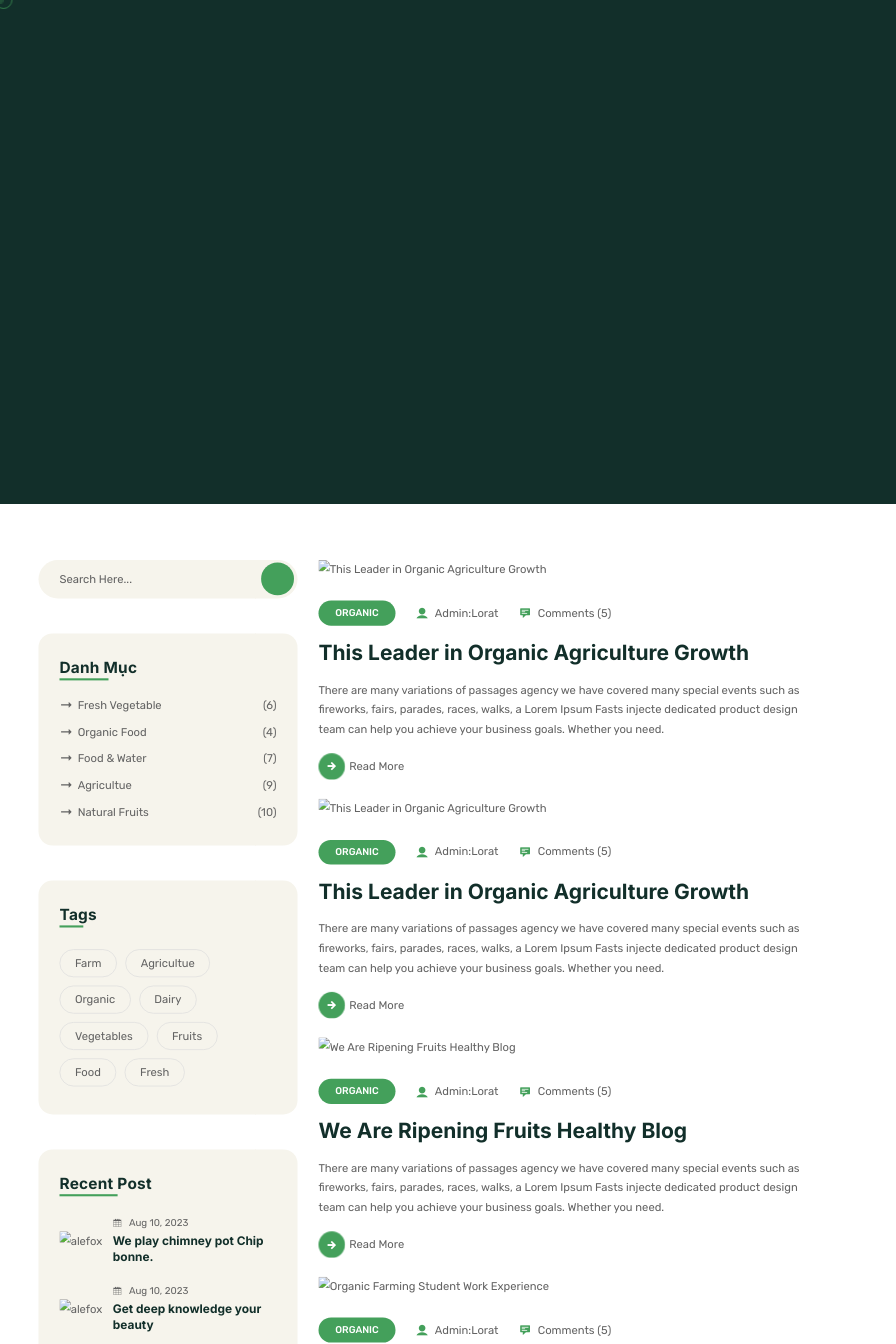
Repository: ThangkhuatIT/Nongsan
Page: http://localhost/
These files come from the project's save history. The page is drawn as it stood at one moment and after the next save; the edit follows.
The browser window is 1280 px wide. The pictures show the part of the page from y = 0 to 1920 px (the page is 2902 px tall before and 1879 px after), at 70% of full size.
The page is served by the project's Laravel application, run on PHP 8.4 with Laravel 9. Other server files are loaded and not shown.

Above is the page before, as saved 2024-08-26 19:39:09.

### routes/web.php
<?php

use Illuminate\Support\Facades\Route;
// use models
use App\Http\Controllers\UserController;
/*
|--------------------------------------------------------------------------
| Web Routes
|--------------------------------------------------------------------------
|
| Here is where you can register web routes for your application. These
| routes are loaded by the RouteServiceProvider within a group which
| contains the "web" middleware group. Now create something great!
|
*/

Route::get('/', function () {
    return view('blog');
})->name('news.index');

Route::get('/login', [UserController::class, 'index'])->name('login.index');
Route::post('/login', [UserController::class, 'login'])->name('login.post');

### resources/views/layouts/header.blade.php
<!DOCTYPE html>
<html lang="en">


<!-- Mirrored from bracketweb.com/alefox-html/blog-list-left.html by HTTrack Website Copier/3.x [XR&CO'2014], Fri, 02 Aug 2024 14:32:38 GMT -->
<head>
    <meta charset="UTF-8" />
    <meta name="viewport" content="width=device-width, initial-scale=1.0" />
    <title>@lang('StrDictionary.titlenews')</title>
    <!-- favicons Icons -->
    <link rel="apple-touch-icon" sizes="180x180" href="assets/images/favicons/apple-touch-icon.png" />
    <link rel="icon" type="image/png" sizes="32x32" href="assets/images/favicons/favicon-32x32.png" />
    <link rel="icon" type="image/png" sizes="16x16" href="assets/images/favicons/favicon-16x16.png" />
    <link rel="manifest" href="assets/images/favicons/site.webmanifest" />
    <meta name="description" content="Alefox is a modern HTML Template for agriculture field, farm, farmers, eco solutions and organic food products. Alefox HTML Template perfectly fit for all the green initiatives of the farming communities websites and businesses." />

    <!-- fonts -->
    <link rel="preconnect" href="https://fonts.googleapis.com/">
    <link rel="preconnect" href="https://fonts.gstatic.com/" crossorigin>
    <link href="https://fonts.googleapis.com/css2?family=Inter:wght@100..900&amp;family=Rubik:ital,wght@0,300..900;1,300..900&amp;display=swap" rel="stylesheet">


    <link rel="stylesheet" href="{{asset('assets/vendors/bootstrap/css/bootstrap.min.css')}}" />
    <link rel="stylesheet" href="{{asset('assets/vendors/bootstrap-select/bootstrap-select.min.css')}}" />
    <link rel="stylesheet" href="{{asset('assets/vendors/animate/animate.min.css')}}" />
    <link rel="stylesheet" href="{{asset('assets/vendors/fontawesome/css/all.min.css')}}" />
    <link rel="stylesheet" href="{{asset('assets/vendors/icofont/icofont.min.css')}}" />
    <link rel="stylesheet" href="{{asset('assets/vendors/jquery-ui/jquery-ui.css')}}" />
    <link rel="stylesheet" href="{{asset('assets/vendors/jarallax/jarallax.css')}}" />
    <link rel="stylesheet" href="{{asset('assets/vendors/jquery-magnific-popup/jquery.magnific-popup.css')}}" />
    <link rel="stylesheet" href="{{asset('assets/vendors/nouislider/nouislider.min.css')}}" />
    <link rel="stylesheet" href="{{asset('assets/vendors/nouislider/nouislider.pips.css')}}" />
    <link rel="stylesheet" href="{{asset('assets/vendors/tiny-slider/tiny-slider.css')}}" />
    <link rel="stylesheet" href="{{asset('assets/vendors/slick/slick.css')}}">
    <link rel="stylesheet" href="{{asset('assets/vendors/alefox-icons/style.css')}}" />
    <link rel="stylesheet" href="{{asset('assets/vendors/owl-carousel/css/owl.carousel.min.css')}}" />
    <link rel="stylesheet" href="{{asset('assets/vendors/owl-carousel/css/owl.theme.default.min.css')}}" />

    <!-- template styles -->
    <link rel="stylesheet" href="{{asset('assets/css/alefox.css')}}" />
</head>

<body class="custom-cursor">

    <div class="custom-cursor__cursor"></div>
    <div class="custom-cursor__cursor-two"></div>

    <div class="preloader">
        <div class="preloader__image" style="background-image: url(assets/images/loader.png);"></div>
    </div>
    <!-- /.preloader -->
    <div class="page-wrapper">
        <div class="topbar-one">
            <div class="container">
                <div class="topbar-one__inner">
                    <ul class="list-unstyled topbar-one__info">
                        <li class="topbar-one__info__item">
                            <i class="icofont-wall-clock topbar-one__info__icon"></i>
                            @lang('StrDictionary.worktime')
                        </li>
                        <li class="topbar-one__info__item">
                            <i class="icofont-location-pin topbar-one__info__icon"></i>
                            @lang("StrDictionary.address")
                        </li>
                    </ul><!-- /.list-unstyled topbar-one__info -->
                    <div class="topbar-one__right">
                        <div class="topbar-one__social">

                            <a href="@lang('StrDictionary.fanpage')">
                                <i class="fab fa-facebook-f" aria-hidden="true"></i>
                                <span class="sr-only">Facebook</span>
                            </a>
                            <a href="https://www.youtube.com/@Mecrop.Farming">
                                <i class="fab fa-youtube" aria-hidden="true"></i>
                                <span class="sr-only">Youtube</span>
                            </a>
                            <a href="https://x.com/Mecrop_Farming">
                                <i class="fab fa-twitter" aria-hidden="true"></i>
                                <span class="sr-only">Twitter</span>
                            </a>

                        </div><!-- /.topbar-one__social -->
                        <div class="topbar-one__language">
                            <a href="#"><img src="assets/images/shapes/vietnamflag.png" alt="alefox">VI</a>
                            <div class="topbar-one__language__dropdown" style="display: none;">
                                <a href="#"><img src="assets/images/shapes/flag.png" alt="alefox">EN</a>
                            </div>
                        </div>
                    </div><!-- /.topbar-one__right -->
                </div><!-- /.topbar-one__inner -->
            </div><!-- /.container-fluid -->
        </div><!-- /.topbar-one -->

        <header class="main-header sticky-header sticky-header--normal">
            <div class="container-fluid">
                <div class="main-header__inner">
                    <div class="main-header__logo">
                        <a href="index.html">
                            <img src="assets/images/logomecrop/Mecrop_2.png" alt="Mecrop HTML" height="110">
                        </a>
                    </div><!-- /.main-header__logo -->

                    <nav class="main-header__nav main-menu">
                        <ul class="main-menu__list">
                            <li class="header">
                                <a href="{{route('news.index')}}">@lang('StrDictionary.news')</a>
                            </li>

                        </ul>
                    </nav><!-- /.main-header__nav -->
                    <div class="main-header__right">
                        <div class="mobile-nav__btn mobile-nav__toggler">
                            <span></span>
                            <span></span>
                            <span></span>
                        </div><!-- /.mobile-nav__toggler -->
                        <a href="{{route('login.index')}}">
                            <button class="btn btn-success">Đăng Nhập</button>
                        </a>
                        <a href="#" class="search-toggler main-header__search">
                            <i class="icon-magnifying-glass" aria-hidden="true"></i>
                            <span class="sr-only">Search</span>
                        </a><!-- /.search-toggler -->
                        <a href="#" class="main-header__cart">
                            <i class="icon-shopping-cart" aria-hidden="true"></i>
                            {{-- <span class="main-header__cart__count">02</span> --}}
                            {{-- <span class="sr-only">Search</span> --}}
                        </a><!-- /.search-toggler -->


                        <div class="main-header__right__border"></div>
                        <div class="main-header__call">
                            <div class="main-header__call__icon"><span class="icon-phone-call-two"></span></div>
                            <div class="main-header__call__title">Requesting a Call:</div>
                            <a class="main-header__call__text" href="tel:84362758139">@lang("StrDictionary.phone")</a>
                        </div><!-- /. main-header__info -->
                    </div><!-- /.main-header__right -->
                </div><!-- /.main-header__inner -->
            </div><!-- /.container-fluid -->
        </header><!-- /.main-header -->

### lang/vi/StrDictionary.php
<?php

return [

    /*
    |--------------------------------------------------------------------------
    | Pagination Language Lines
    |--------------------------------------------------------------------------
    |
    | The following language lines are used by the paginator library to build
    | the simple pagination links. You are free to change them to anything
    | you want to customize your views to better match your application.
    |
    */
	/* blog.blade.php */
    'titlenews'=>'Tin Tức MECROP',
    'worktime' => 'Thứ 2 - Chủ Nhật 8:00 - 21:00.',
    'fanpage'=> 'https://www.facebook.com/profile.php?id=61563070185420',
    'news' => 'Tin Tức',
    'headerbanner' =>"Bài Viết về Mecrop",
    'address'=>"Phù Cát, Bình Định, Việt Nam",
	'home'=>"Trang Chủ",
    'phone' => "+84 362 758 139",
    'categories' =>"Danh Mục",
    'login'=>'Đăng Nhập',
    'username'=>"Tên đăng nhập",
    'password'=>"Mật khẩu",
    'rememberme' => "Nhớ mật khẩu",
    'forgotpassword'=>"Quên mật khẩu ?",
];

### public/assets/vendors/alefox-icons/style.css
@font-face {
  font-family: 'icon';
  src:  url('fonts/icona246.eot?shnr6m');
  src:  url('fonts/icona246.eot?shnr6m#iefix') format('embedded-opentype'),
    url('fonts/icona246.ttf?shnr6m') format('truetype'),
    url('fonts/icona246.woff?shnr6m') format('woff'),
    url('fonts/icona246.svg?shnr6m#icon') format('svg');
  font-weight: normal;
  font-style: normal;
  font-display: block;
}

[class^="icon-"], [class*=" icon-"] {
  /* use !important to prevent issues with browser extensions that change fonts */
  font-family: 'icon' !important;
  speak: never;
  font-style: normal;
  font-weight: normal;
  font-variant: normal;
  text-transform: none;
  line-height: 1;

  /* Better Font Rendering =========== */
  -webkit-font-smoothing: antialiased;
  -moz-osx-font-smoothing: grayscale;
}

.icon-check-mark:before {
  content: "\e90c";
}
.icon-email1:before {
  content: "\e90e";
}
.icon-play-button:before {
  content: "\e913";
}
.icon-right-arrow:before {
  content: "\e914";
}
.icon-up-arrow:before {
  content: "\e918";
}
.icon-left-arrow:before {
  content: "\e919";
}
.icon-down-arrow:before {
  content: "\e91a";
}
.icon-right-arrow-two:before {
  content: "\e915";
}
.icon-up-arrow-two:before {
  content: "\e91d";
}
.icon-right-arrow-two1:before {
  content: "\e91c";
}
.icon-down-arrow-two:before {
  content: "\e91b";
}
.icon-shopping-cart1:before {
  content: "\e917";
}
.icon-agriculture:before {
  content: "\e900";
}
.icon-agronomy:before {
  content: "\e901";
}
.icon-email:before {
  content: "\e902";
}
.icon-farmer:before {
  content: "\e903";
}
.icon-farmer-two:before {
  content: "\e904";
}
.icon-fertilizer:before {
  content: "\e905";
}
.icon-gardening:before {
  content: "\e906";
}
.icon-location:before {
  content: "\e907";
}
.icon-management:before {
  content: "\e909";
}
.icon-phone-call:before {
  content: "\e90a";
}
.icon-phone-call-two:before {
  content: "\e90b";
}
.icon-salad:before {
  content: "\e90d";
}
.icon-save-energy:before {
  content: "\e90f";
}
.icon-sustainability:before {
  content: "\e911";
}
.icon-vegetable:before {
  content: "\e912";
}
.icon-magnifying-glass:before {
  content: "\e910";
}
.icon-shopping-cart:before {
  content: "\e916";
}

Loaded but not shown: app/Providers/AppServiceProvider.php (common file); public/assets/vendors/bootstrap/css/bootstrap.min.css (library); public/assets/vendors/bootstrap-select/bootstrap-select.min.css (library); public/assets/vendors/animate/animate.min.css (library); public/assets/vendors/fontawesome/css/all.min.css (library); public/assets/vendors/icofont/icofont.min.css (library); public/assets/vendors/jquery-ui/jquery-ui.css (library); public/assets/vendors/jarallax/jarallax.css (common file); public/assets/vendors/jquery-magnific-popup/jquery.magnific-popup.css (library); public/assets/vendors/nouislider/nouislider.min.css (library); public/assets/vendors/nouislider/nouislider.pips.css (common file); public/assets/vendors/tiny-slider/tiny-slider.css (common file); public/assets/vendors/slick/slick.css (common file); public/assets/vendors/owl-carousel/css/owl.carousel.min.css (library); public/assets/vendors/owl-carousel/css/owl.theme.default.min.css (common file); public/assets/css/alefox.css (library); public/assets/vendors/jquery/jquery-3.7.0.min.js (library); public/assets/vendors/bootstrap/js/bootstrap.bundle.min.js (library); public/assets/vendors/bootstrap-select/bootstrap-select.min.js (library); public/assets/vendors/jarallax/jarallax.min.js (library); public/assets/vendors/jquery-ui/jquery-ui.js (library); public/assets/vendors/jquery-ajaxchimp/jquery.ajaxchimp.min.js (common file); public/assets/vendors/jquery-appear/jquery.appear.min.js (common file); public/assets/vendors/jquery-circle-progress/jquery.circle-progress.min.js (library); public/assets/vendors/jquery-magnific-popup/jquery.magnific-popup.min.js (library); public/assets/vendors/jquery-validate/jquery.validate.min.js (library); public/assets/vendors/nouislider/nouislider.min.js (library); public/assets/vendors/tiny-slider/tiny-slider.js (library); public/assets/vendors/wnumb/wNumb.min.js (common file); public/assets/vendors/owl-carousel/js/owl.carousel.min.js (library); public/assets/vendors/wow/wow.js (library); public/assets/vendors/imagesloaded/imagesloaded.min.js (library); public/assets/vendors/isotope/isotope.js (library); public/assets/vendors/slick/slick.min.js (library); public/assets/vendors/countdown/countdown.min.js (library); public/assets/vendors/jquery-circleType/jquery.circleType.js (library); public/assets/vendors/jquery-lettering/jquery.lettering.min.js (common file); public/assets/vendors/progress-bar/knob.js (library); public/assets/vendors/gsap/gsap.js (library); public/assets/vendors/gsap/scrolltrigger.min.js (library); public/assets/vendors/gsap/splittext.min.js (library); public/assets/vendors/gsap/alefox-split.js (library); resources/views/dashboard/dashboard.blade.php (470 lines, source omitted); resources/views/blog.blade.php (216 lines, source omitted); resources/views/layouts/footer.blade.php (264 lines, source omitted)

After the next save:
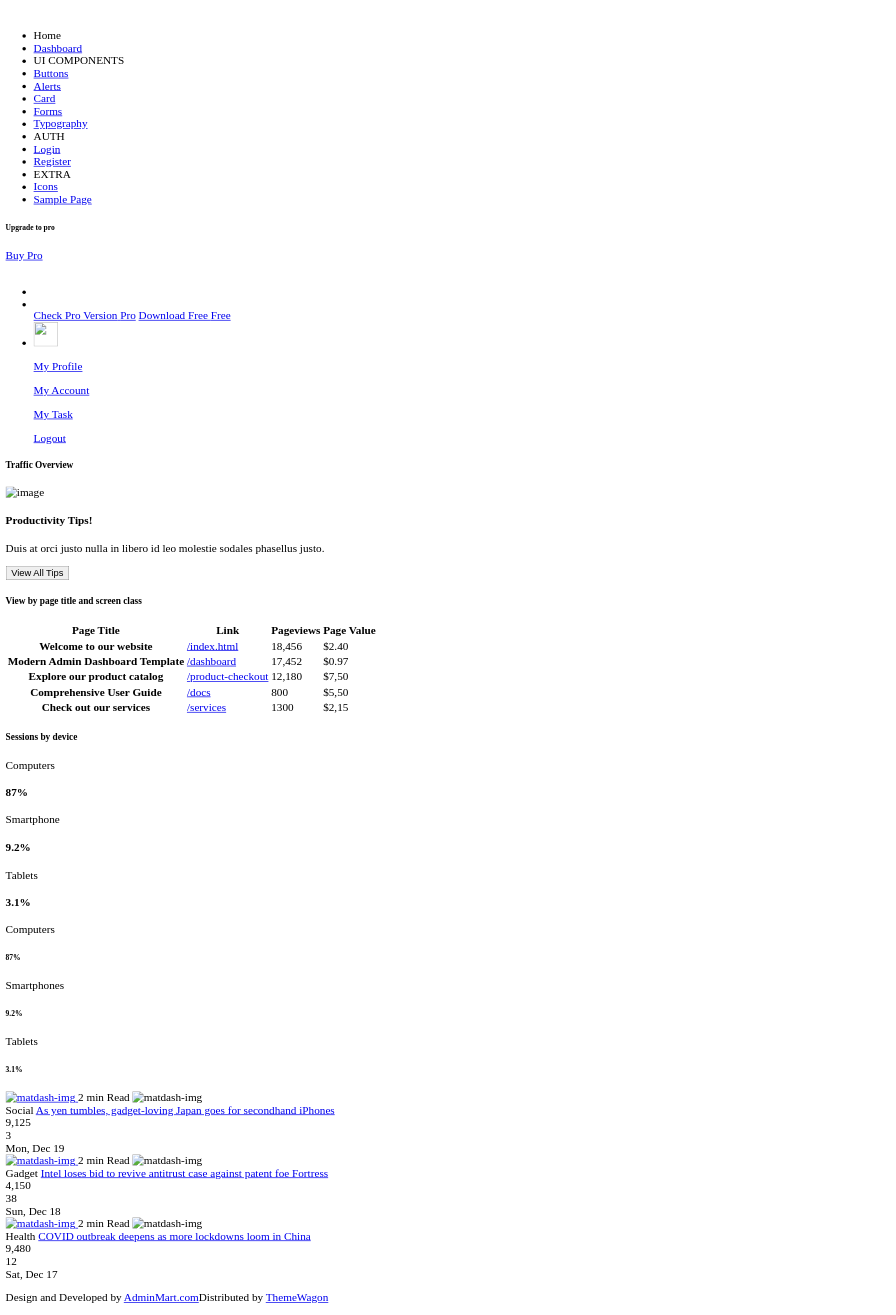
Saved 108 s later.
--- a/routes/web.php
+++ b/routes/web.php
@@ -15,7 +15,7 @@ use App\Http\Controllers\UserController;
 */
 
 Route::get('/', function () {
-    return view('blog');
+    return view('dashboard.dashboard');
 })->name('news.index');
 
 Route::get('/login', [UserController::class, 'index'])->name('login.index');
